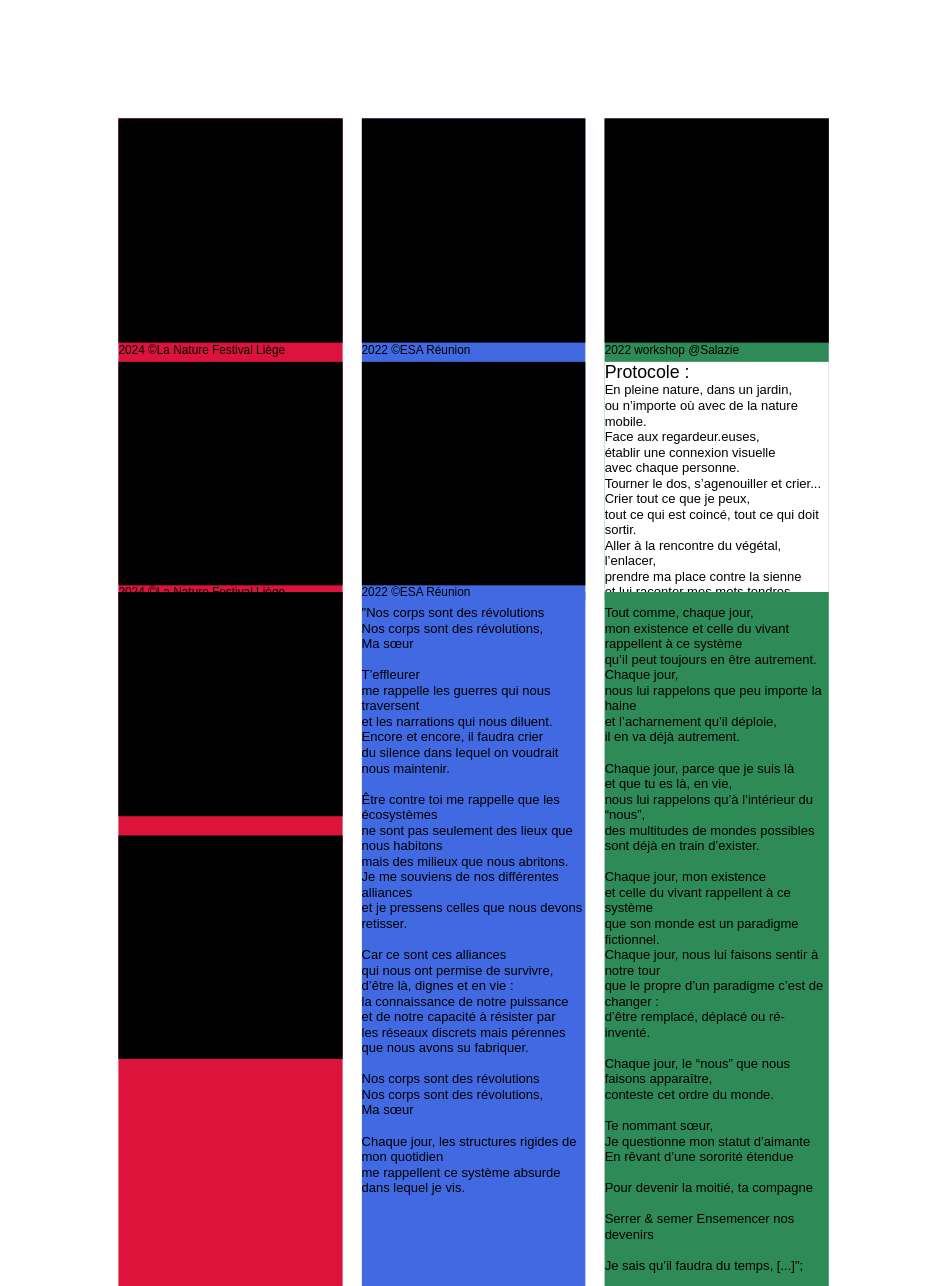
Repository: brunrhb/oce-p
Page: index.html
The author's editor kept a copy of each file at every save. The page is drawn from the files as they stood at one save, then again after the next save.
The browser window is 1280 px wide. The pictures show the whole page, at 74% of full size.

Above is the page before, as saved 2025-06-06 22:56:52.

After the next save:
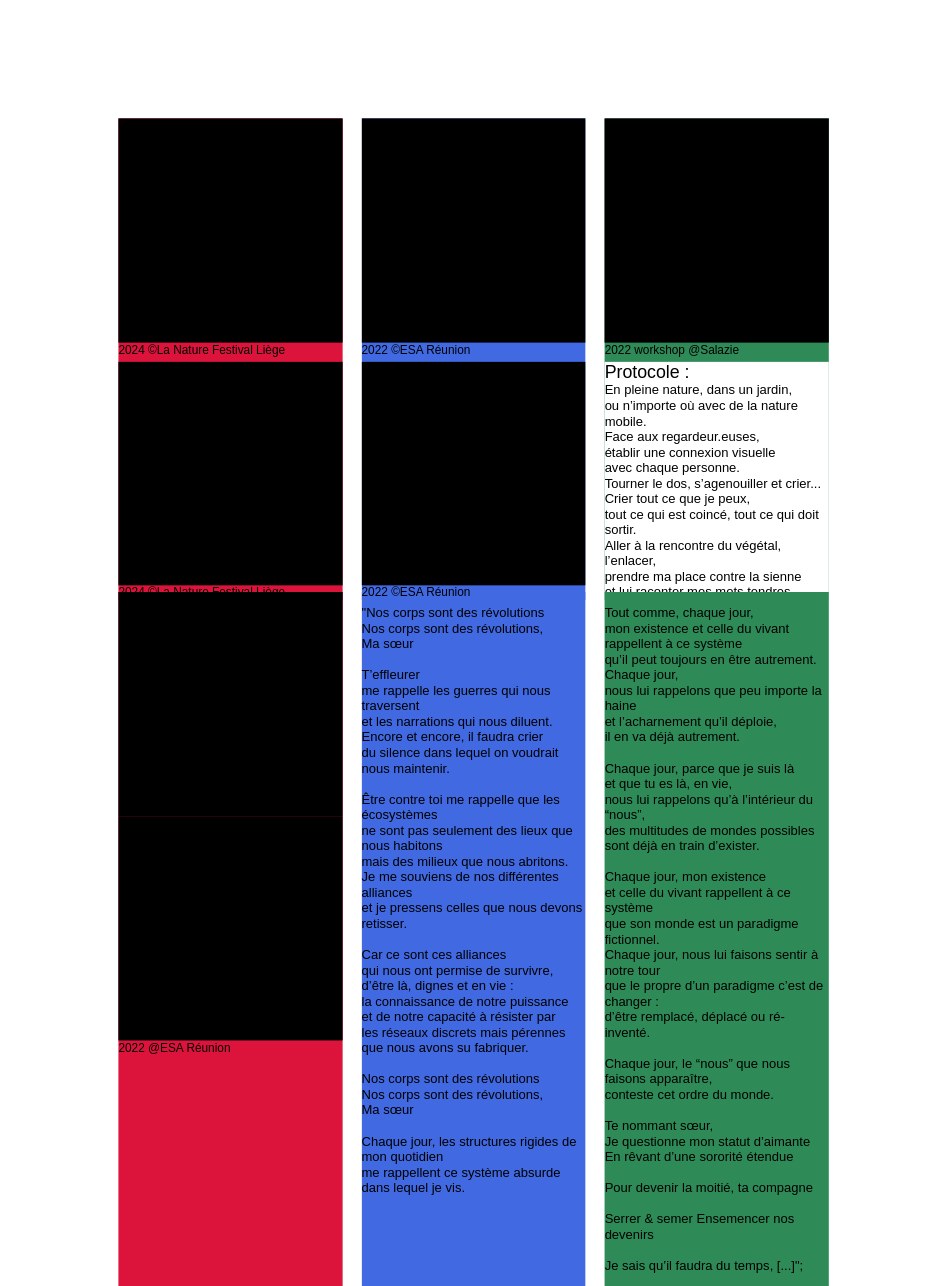
Saved 3 h 15 min later.
--- a/styles.css
+++ b/styles.css
@@ -104,10 +104,16 @@ body {
 
 /* 1 grille et colonnes
 
-grid-p1s1 v
-col-p1s1-1 v
-col-p1s1-2 v
-col-p1s1-3 v
+grid-p1s1
+
+col-p1s1-1 {
+  display: flex;}
+
+col-p1s1-2 {
+  display: flex;}
+
+col-p1s1-3 {
+  display: flex;}
 
 2 blocks et elements
 
@@ -115,10 +121,26 @@ placeholder-p1s1"v
 credit v
 */
 
-.media-block-p1s2 {
+.col-p1s1-1 {
+  display: flex;}
+
+.col-p1s1-2 {
+  display: flex;}
+
+.col-p1s1-3 {
+  display: flex;}
+
+.media-block-p1s2-1 {
   display: flex;
   flex-direction: column;
   gap: 2vw;
+  position: relative;
+  width: 100%;
+
+}
+
+.media-block-p1s2-2 {
+  display: block;
   position: relative;
   width: 100%;
 
